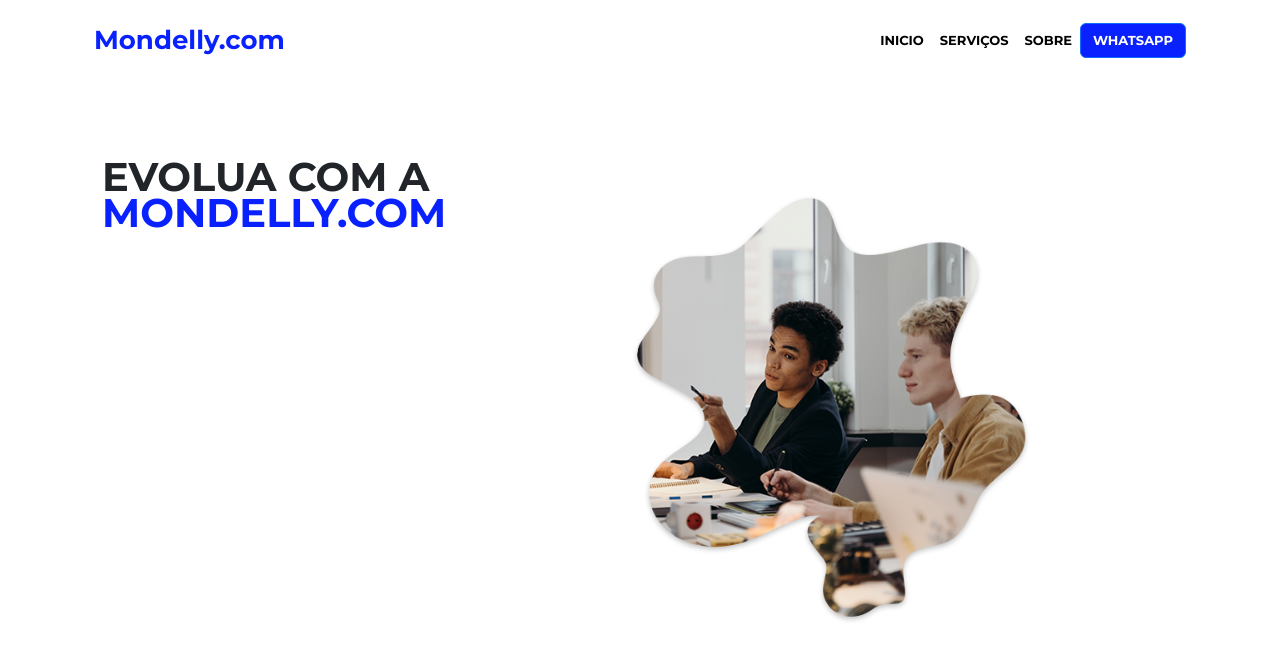
Repository: LifeInClouds/Mondelly
Page: index.html
These files come from the project's save history. The page is drawn as it stood at one moment and after a run of saves; the edit follows.
The browser window is 1280 px wide. The pictures show the whole page.

Above is the page before, as saved 2022-05-02 18:53:41.

### index.html
<!doctype html>
<html lang="en">

<head>
    <!-- Required meta tags -->
    <meta charset="utf-8">
    <meta name="viewport" content="width=device-width, initial-scale=1">

    <!-- Bootstrap CSS -->
    <link href="https://cdn.jsdelivr.net/npm/bootstrap@5.0.2/dist/css/bootstrap.min.css" rel="stylesheet"
        integrity="sha384-EVSTQN3/azprG1Anm3QDgpJLIm9Nao0Yz1ztcQTwFspd3yD65VohhpuuCOmLASjC" crossorigin="anonymous">

    <!--CSS CUSTOM-->
    <link rel="stylesheet" href="style.css">

    <title>Mondelly.com</title>
</head>

<body>
    <!--==NAV BAR==-->
    <nav class="navbar">
        <div class="container-fluid">
            <div class="container">
                <nav class="navbar navbar-expand-lg">
                    <div class="container-fluid">
                        <a class="navbar-brand" href="./index.html">Mondelly.com</a>
                        <button class="navbar-toggler" type="button" data-bs-toggle="collapse"
                            data-bs-target="#navbarNavAltMarkup" aria-controls="navbarNavAltMarkup"
                            aria-expanded="false" aria-label="Toggle navigation">
                            <span class="navbar-toggler-icon"></span>
                        </button>
                        <div class="collapse navbar-collapse justify-content-end" id="navbarNavAltMarkup">
                            <div class="navbar-nav">
                                <a class="nav-link" aria-current="page" href="#">INICIO</a>
                                <a class="nav-link" href="#">SERVIÇOS</a>
                                <a class="nav-link" href="#">SOBRE</a>
                                <button class="btn btn-primary" id="whatsapp">WHATSAPP</button>
                            </div>
                        </div>
                    </div>
                </nav>
            </div>
        </div>

        <div class="container">
        <section id="main">

            <h1 id="evo">EVOLUA COM A <br></h1>
            <h1 id="mondelly">MONDELLY.COM</h1>

            <img src="./img/img-1.png" alt=""id="img-header">

        </section>
    </div>
        <!-- Optional JavaScript; choose one of the two! -->

        <!-- Option 1: Bootstrap Bundle with Popper -->
        <script src="https://cdn.jsdelivr.net/npm/bootstrap@5.0.2/dist/js/bootstrap.bundle.min.js"
            integrity="sha384-MrcW6ZMFYlzcLA8Nl+NtUVF0sA7MsXsP1UyJoMp4YLEuNSfAP+JcXn/tWtIaxVXM"
            crossorigin="anonymous"></script>

        <!-- Option 2: Separate Popper and Bootstrap JS -->
        <!--
    <script src="https://cdn.jsdelivr.net/npm/@popperjs/core@2.9.2/dist/umd/popper.min.js" integrity="sha384-IQsoLXl5PILFhosVNubq5LC7Qb9DXgDA9i+tQ8Zj3iwWAwPtgFTxbJ8NT4GN1R8p" crossorigin="anonymous"></script>
    <script src="https://cdn.jsdelivr.net/npm/bootstrap@5.0.2/dist/js/bootstrap.min.js" integrity="sha384-cVKIPhGWiC2Al4u+LWgxfKTRIcfu0JTxR+EQDz/bgldoEyl4H0zUF0QKbrJ0EcQF" crossorigin="anonymous"></script>
    -->
</body>

</html>

### style.css
@import url('https://fonts.googleapis.com/css2?family=Montserrat:ital,wght@0,100;0,200;0,300;0,400;0,500;0,600;0,700;0,800;1,900&display=swap');

*{
    margin: 0;
    padding: 0;
    box-sizing: border-box;
    font-family: 'Montserrat', sans-serif;
}

li{
    text-decoration: none;
}
a.navbar-brand{
    font-weight: 700;
    font-size: 26px;
    color: #0921FF;
}
div.navbar-nav a {
    font-weight: 700;
    color: black;
    font-size: 13px;
}
#whatsapp{
    font-weight: 700;
    border-radius: 6px;
    font-size: 13px;
    background-color: #0921FF;
}
#evo{
    margin-top: 80px;
    margin-left: 20px;
    font-weight: 700;
}
#mondelly{
    margin-left: 20px;
    margin-top: -20px;
    color: #0921FF;
    font-weight: 700;
}
img#img-header{
    margin-left: 100%;
    width: 500px;
    height: 500px;
    margin-top: -80px;
}

After the next 3 saves:
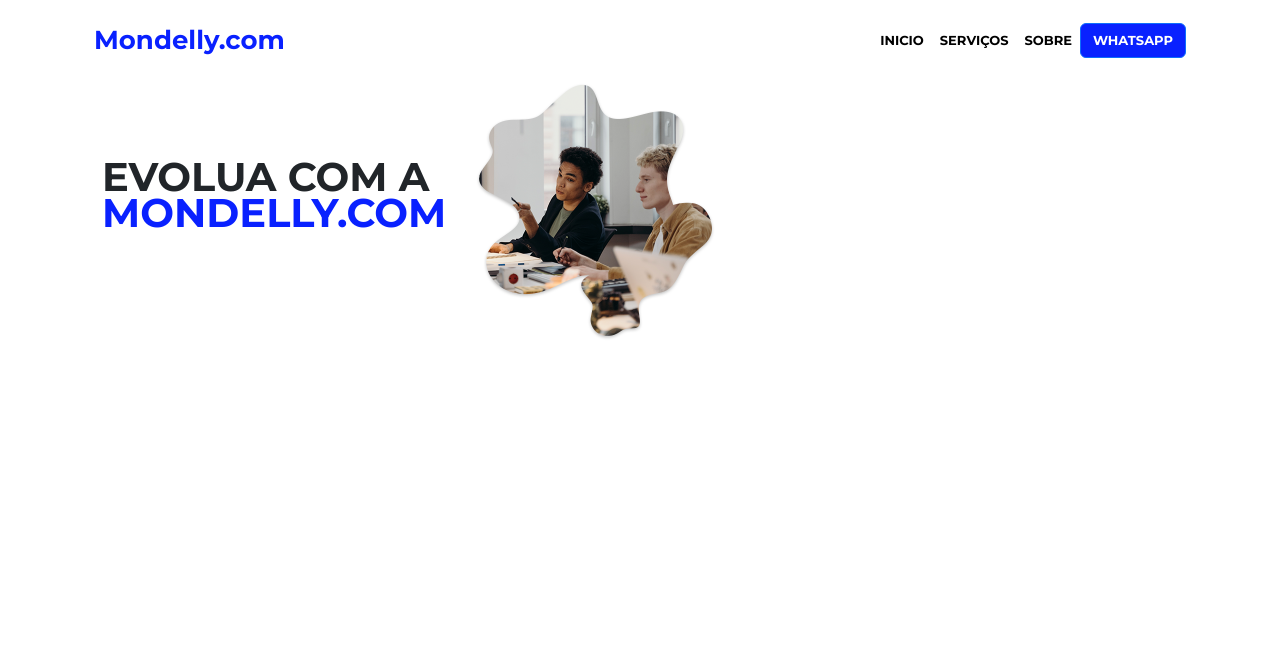
The 3 saves are shown as one change because they came seconds apart.
The last was saved 37 s later.
--- a/style.css
+++ b/style.css
@@ -39,7 +39,7 @@
 }
 img#img-header{
     margin-left: 100%;
-    width: 500px;
-    height: 500px;
-    margin-top: -80px;
+    width: 300px;
+    height: 300px;
+    margin-top: -180px;
 }
